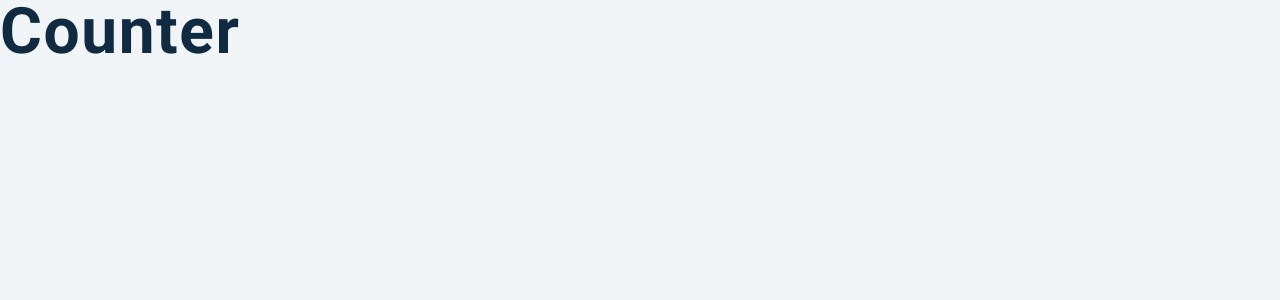
Repository: hseunghwan/practice-vanilla-javascript
Page: Counter/Counter.html
These files come from the project's save history. The page is drawn as it stood at one moment and after the next save; the edit follows.
The browser window is 1280 px wide. The pictures show the whole page.

Above is the page before, as saved 2023-05-09 20:16:04.

After the next save:
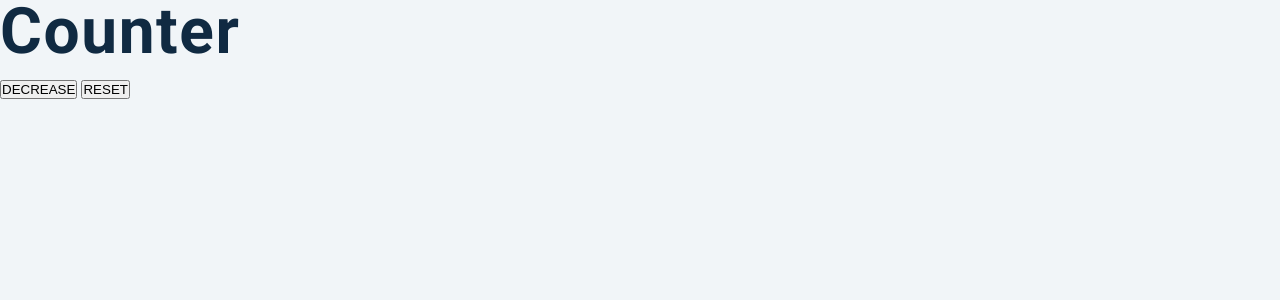
Saved 82 s later.
--- a/Counter/Counter.html
+++ b/Counter/Counter.html
@@ -8,5 +8,9 @@
     </head>
     <body>
         <h1>Counter</h1>
+        <div class="bottonbox">
+            <button id="decrease">DECREASE</button>
+            <button id="reset">RESET</button>
+        </div>
     </body>
 </html>
